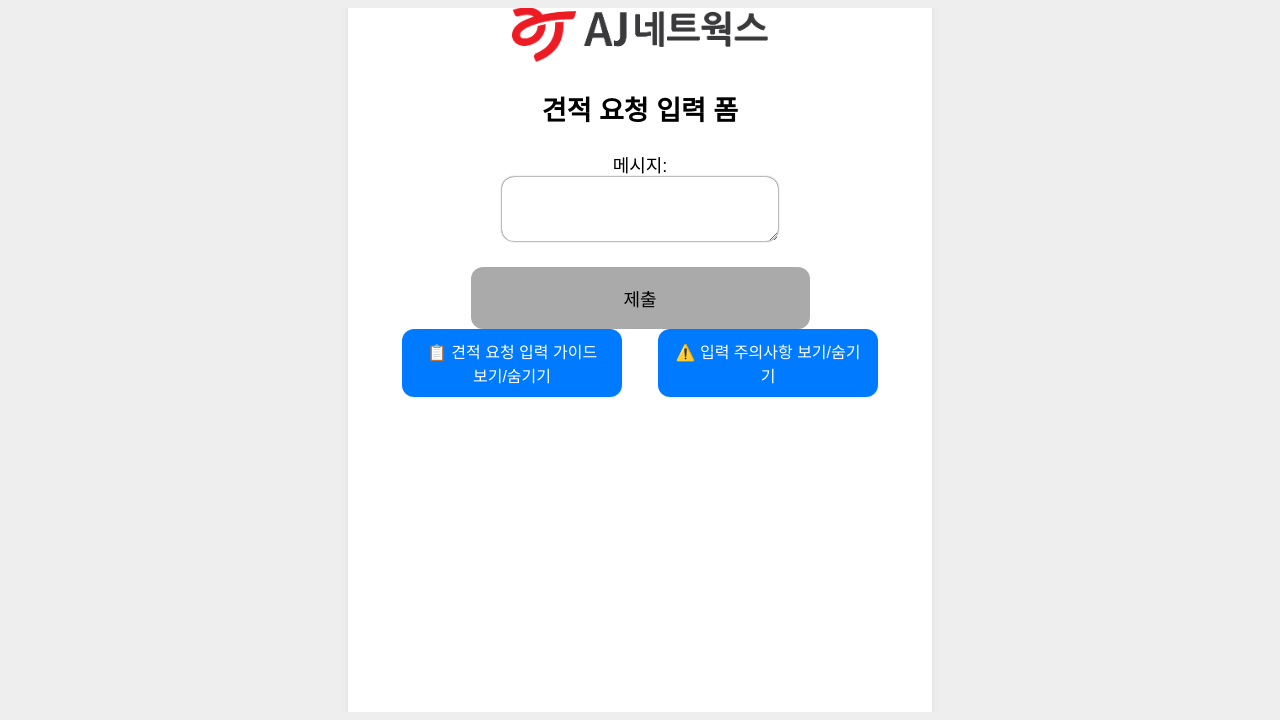
Repository: deul428/logis_test
Page: index.html
An editor plug-in stored every save of this project. The page is shown before and after the next save, followed by the edit.
The browser window is 1280 px wide. The pictures show the whole page.
An inner scrolling area shows only its first screen. Some web fonts or font styles are not loaded; a fallback is used.

Above is the page before, as saved 2025-09-16 17:50:22.

After the next save:
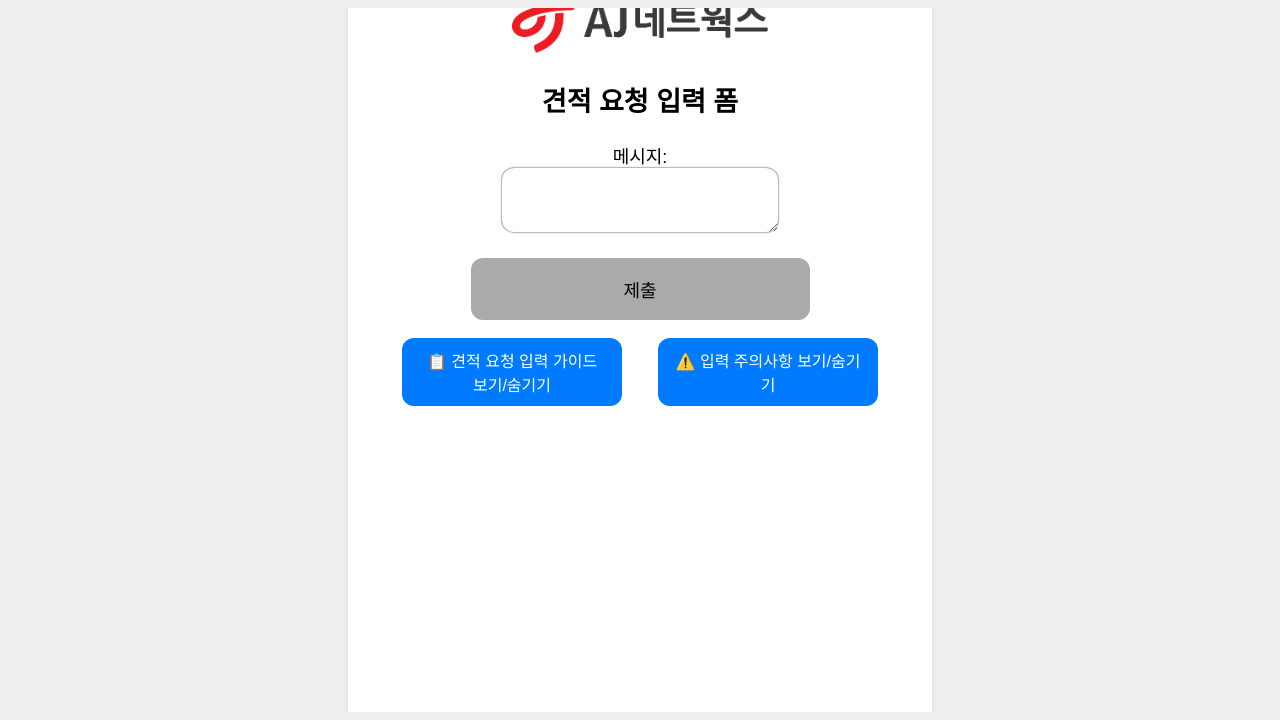
Saved 47 s later.
--- a/styles/common.css
+++ b/styles/common.css
@@ -39,6 +39,9 @@
   width: 100%;
 }
 
+#input_area {
+  margin-bottom: 1rem;
+}
 #input_area form {
   width: 100%;
   text-align: center;
